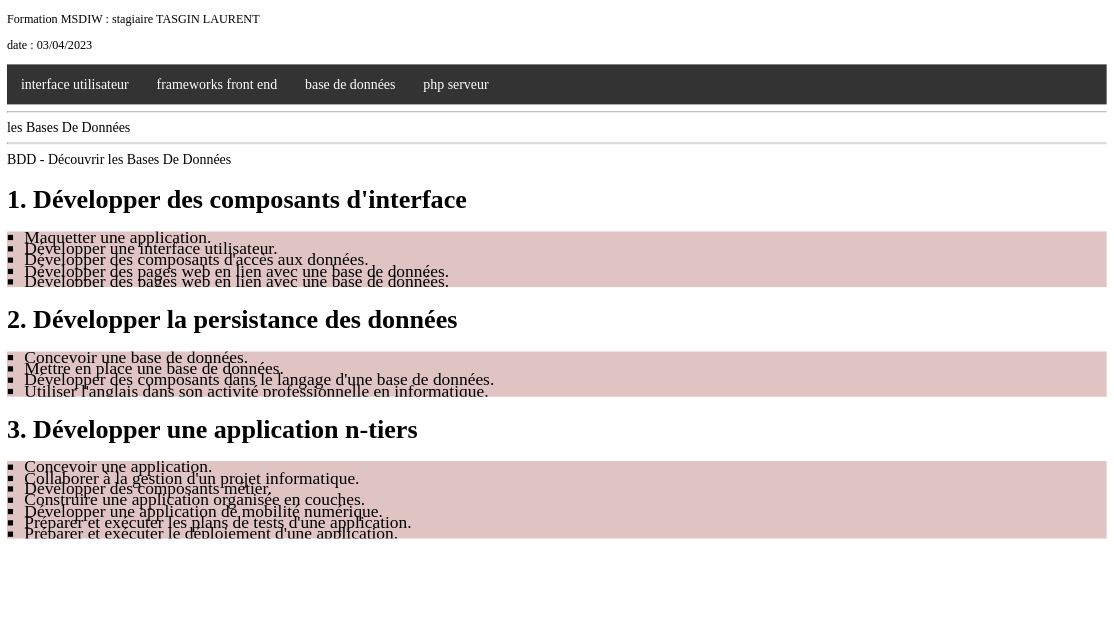
Repository: laurentbul/ApplicationEssai
Page: exercice/ex1/stagiaire_laurent/BACK/BDD/SQL/bdd1_alimenter.html
An editor plug-in stored every save of this project. The page is shown before and after the next save, followed by the edit.
The browser window is 1280 px wide. The pictures show the whole page, at 87% of full size.

Above is the page before, as saved 2023-04-05 20:05:23.

### exercice/ex1/stagiaire_laurent/BACK/BDD/SQL/bdd1_alimenter.html
<!DOCTYPE html>
<html lang="en">

<head>
    <meta charset="UTF-8">
    <meta http-equiv="X-UA-Compatible" content="IE=edge">
    <meta name="viewport" content="width=device-width, initial-scale=1.0">
    <link rel="icon" type="image/x-icon" sizes="30x30" href="../../../FRONT/STATIQUE/IMG/img.jpeg">
    <link rel="stylesheet" href="../../../FRONT/STATIQUE/CSS/msdiw.css">
    <title>Document</title>
</head>

<body>
    <p>Formation MSDIW : stagiaire TASGIN LAURENT</p>
    <p>date : 03/04/2023</p>
    <ul>
        <li><a href="#home">interface utilisateur</a></li>
        <li><a href="#news">frameworks front end</a></li>
        <li><a href="#contact">base de données</a></li>
        <li><a href="#about">php serveur</a></li>
    </ul>
    <hr>
    les Bases De Données
    <hr>
  <div>BDD - Découvrir les Bases De Données
        <h1 class="titre">1. Développer des composants d'interface</h1>
        <ul class="paragraphe" >
          <li class="competence"> Maquetter une application.</li>
          <li class="competence"> Développer une interface utilisateur.</li>
          <li class="competence"> Développer des composants d'accès aux données.</li>
          <li class="competence"> Développer des pages web en lien avec une base de données.</li>
          <li class="competence"> Développer des pages web en lien avec une base de données.</li>
        </ul>
        <h1 class="titre">2. Développer la persistance des données</h1>
        <ul class="paragraphe" >
          <li class="competence">Concevoir une base de données.</li>
          <li class="competence">Mettre en place une base de données.</li>
          <li class="competence">Développer des composants dans le langage d'une base de données.</li>
          <li class="competence"> Utiliser l'anglais dans son activité professionnelle en informatique.</li>
        </ul>
        <h1 class="titre">3. Développer une application n-tiers</h1>
        <ul class="paragraphe">
          <li class="competence"> Concevoir une application.</li>
          <li class="competence"> Collaborer à la gestion d'un projet informatique.</li>
          <li class="competence"> Développer des composants métier.</li>
          <li class="competence"> Construire une application organisée en couches.</li>
          <li class="competence"> Développer une application de mobilité numérique.</li>
          <li class="competence"> Préparer et exécuter les plans de tests d'une application.</li>
          <li class="competence"> Préparer et exécuter le déploiement d'une application.</li>
        </ul>
      </div>
</body>

</html>

### exercice/ex1/stagiaire_laurent/FRONT/STATIQUE/CSS/msdiw.css
.corps{
    background-color: rgb(201, 149, 71);
    width:900px;
    border: 1px;
  margin-top: 10px;
  margin-left: auto;
  margin-right: auto;
  padding:50px;
}
.paragraphe{
    background-color: #e0c4c4;
    line-height:80%;
    list-style-type:square;
}
.competence{
    font-size: 20px;
    margin-left: 20px;
    float:none;
    text-align:left;
}


h1 {
    font-size: 30px;
  }

  h2 {
    font-size: 30px;
  }

  p {
    font-size: 14px;
  }

.flex-container {
    display: flex;
    flex-direction: row;
    background-color: rgb(205, 210, 214);
  }

  .flex-container > div {

    text-align: center;
    line-height: 75px;
    font-size: 30px;
  }

  .div_gauche{
    background-color: #998484;
    width: 200px;
    margin-left: auto;
    height: 1122px; ;
  }
  .div_droite{
    background-color: #b1a7a7;
    width: 800px;
    height: 1122px;
    margin-right: auto;
    padding-left: 10px;
    padding-right: 10px;
  }

ul {
    list-style-type: none;
    margin: 0;
    padding: 0;
    overflow: hidden;
    background-color: #333;
}

li {
    float: left;
}

li a {
    display: block;
    color: white;
    text-align: center;
    padding: 14px 16px;
    text-decoration: none;
}

li a:hover {
    background-color: #111;
}

.meta{
    /* background-color: rgb(168, 161, 166); */
    width: 900px;
}
.title{
    /* background-color: rgb(221, 219, 214); */
    width: 600px;
}
.utf8{
    /* background-color: rgb(198, 204, 207); */
    width: 600px;
}
.image{
    /* background-color: rgb(198, 204, 207); */
    width: 600px;
}
.css{
    /* background-color: rgb(198, 204, 207); */
    width: 600px;
}
img {
    border: 1px solid #ddd;
    border-radius: 10px;
    padding: 5px;
    width: 150px;
    margin-left: 20px;

  }

After the next save:
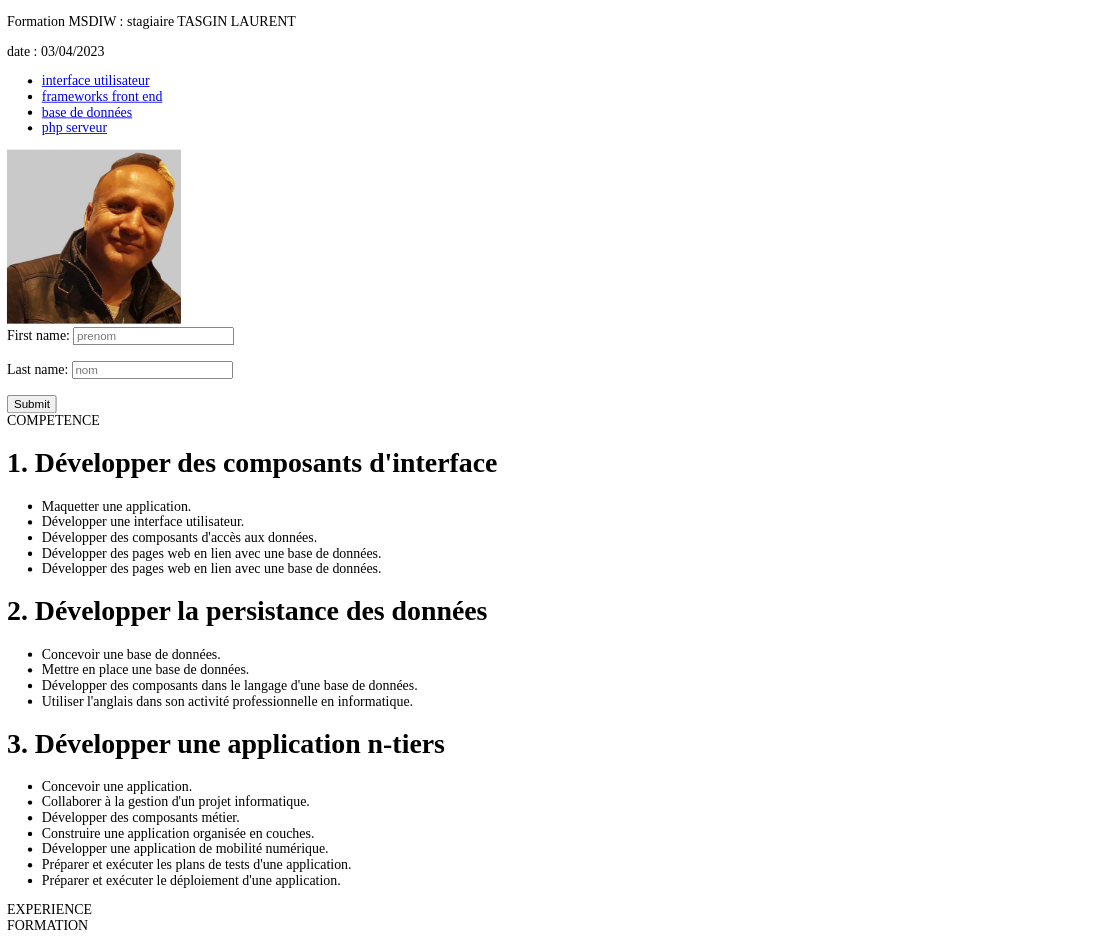
Not found: exercice/ex1/stagiaire_laurent/BACK/BDD/CSS/msdiw.css
Saved 9 h 24 min later.
--- a/exercice/ex1/stagiaire_laurent/BACK/BDD/SQL/bdd1_alimenter.html
+++ b/exercice/ex1/stagiaire_laurent/BACK/BDD/SQL/bdd1_alimenter.html
@@ -2,27 +2,43 @@
 <html lang="en">
 
 <head>
-    <meta charset="UTF-8">
-    <meta http-equiv="X-UA-Compatible" content="IE=edge">
-    <meta name="viewport" content="width=device-width, initial-scale=1.0">
-    <link rel="icon" type="image/x-icon" sizes="30x30" href="../../../FRONT/STATIQUE/IMG/img.jpeg">
-    <link rel="stylesheet" href="../../../FRONT/STATIQUE/CSS/msdiw.css">
-    <title>Document</title>
+  <meta charset="UTF-8">
+  <meta http-equiv="X-UA-Compatible" content="IE=edge">
+  <meta name="viewport" content="width=device-width, initial-scale=1.0">
+  <link rel="icon" type="image/x-icon" sizes="30x30" href="../IMG/img.jpeg">
+  <link rel="stylesheet" href="../CSS/msdiw.css">
+  <title>Document</title>
+  <style>
+  </style>
+</head>
 </head>
 
 <body>
-    <p>Formation MSDIW : stagiaire TASGIN LAURENT</p>
-    <p>date : 03/04/2023</p>
-    <ul>
-        <li><a href="#home">interface utilisateur</a></li>
-        <li><a href="#news">frameworks front end</a></li>
-        <li><a href="#contact">base de données</a></li>
-        <li><a href="#about">php serveur</a></li>
-    </ul>
-    <hr>
-    les Bases De Données
-    <hr>
-  <div>BDD - Découvrir les Bases De Données
+  <p>Formation MSDIW : stagiaire TASGIN LAURENT</p>
+  <p>date : 03/04/2023</p>
+  <ul>
+    <li><a href="./interface_utilisateur.html">interface utilisateur</a></li>
+    <li><a href="./interface_utilisateur.html">frameworks front end</a></li>
+    <li><a href="./interface_utilisateur.html">base de données</a></li>
+    <li><a href="./interface_utilisateur.html">php serveur</a></li>
+  </ul>
+  <!-- <div>
+        <input type="color" id="head" name="head" value="blue">
+        <label for="head">Head</label>
+    </div> -->
+  <div class="flex-container">
+    <div class="div_gauche">
+      <img src="../IMG/img.jpeg" alt="photo d'identité" width="200" height="200">
+      <form action="/action_page.php">
+        <label for="fname">First name:</label>
+        <input type="text" id="fname" name="fname" placeholder="prenom"><br><br>
+        <label for="lname">Last name:</label>
+        <input type="text" id="lname" name="lname" placeholder="nom"><br><br>
+        <input type="submit" value="Submit">
+      </form>
+    </div>
+    <div class="div_droite">
+      <div>COMPETENCE
         <h1 class="titre">1. Développer des composants d'interface</h1>
         <ul class="paragraphe" >
           <li class="competence"> Maquetter une application.</li>
@@ -49,6 +65,9 @@
           <li class="competence"> Préparer et exécuter le déploiement d'une application.</li>
         </ul>
       </div>
+      <div>EXPERIENCE</div>
+      <div>FORMATION</div>
+    </div>
 </body>
 
 </html>

After the save that followed:
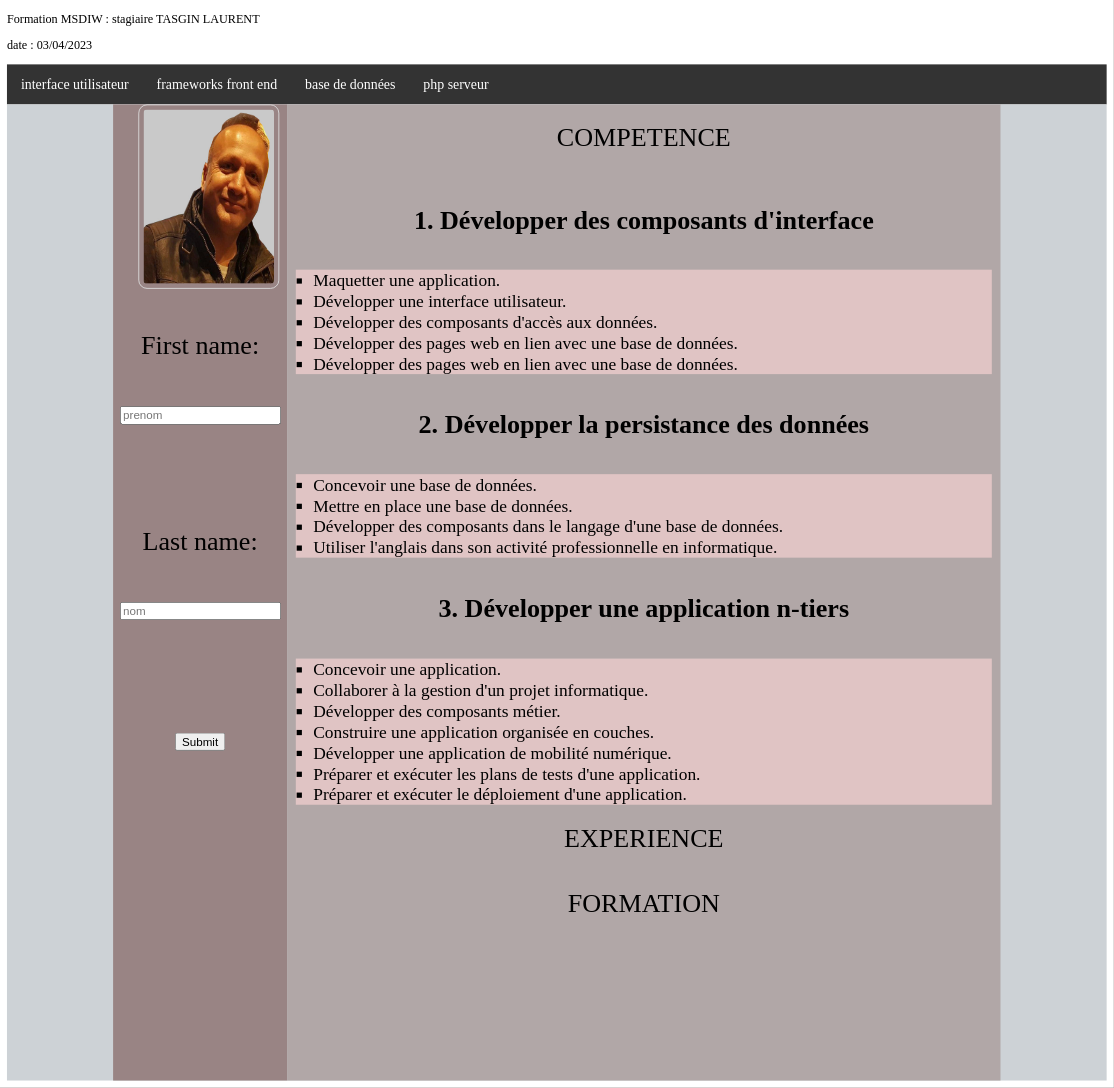
Saved 41 s later.
--- a/exercice/ex1/stagiaire_laurent/BACK/BDD/SQL/bdd1_alimenter.html
+++ b/exercice/ex1/stagiaire_laurent/BACK/BDD/SQL/bdd1_alimenter.html
@@ -6,7 +6,7 @@
   <meta http-equiv="X-UA-Compatible" content="IE=edge">
   <meta name="viewport" content="width=device-width, initial-scale=1.0">
   <link rel="icon" type="image/x-icon" sizes="30x30" href="../IMG/img.jpeg">
-  <link rel="stylesheet" href="../CSS/msdiw.css">
+  <link rel="stylesheet" href="/FRONT/STATIQUE/CSS/msdiw.css">
   <title>Document</title>
   <style>
   </style>
